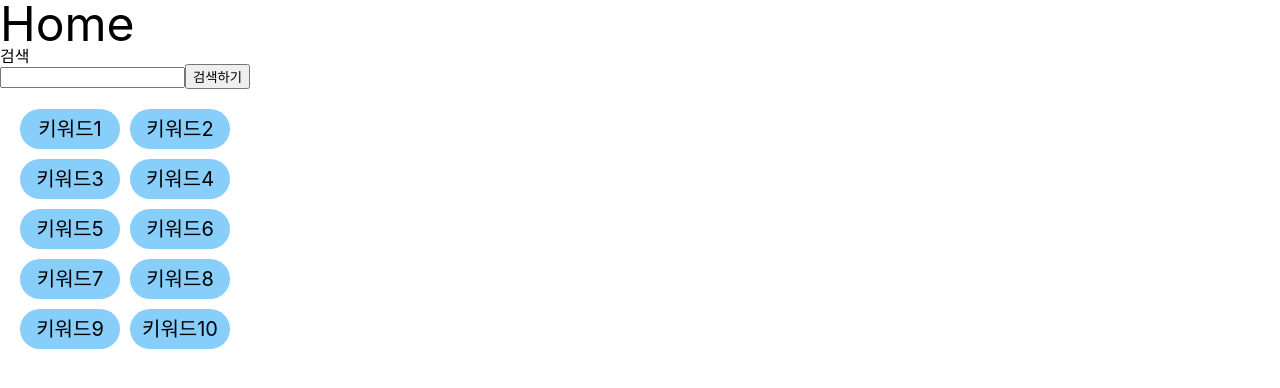
Repository: sunoo-lee/Star-Explore
Page: /
These files come from the project's save history. The page is drawn as it stood at one moment and after the next save; the edit follows.
The browser window is 1280 px wide. The pictures show the whole page.
The project was rebuilt for these pictures with package versions that can differ from the ones it lists, and the page was loaded fresh each time.

Above is the page before, as saved 2022-10-14 03:38:47.

### src/index.js
import React from "react";
import ReactDOM from "react-dom/client";
import "./reset.css";
import "./Style.css";
import App from "./components/App";
// import reportWebVitals from "./reportWebVitals";

const root = ReactDOM.createRoot(document.getElementById("root"));
root.render(
  <React.StrictMode>
    <App />
  </React.StrictMode>
);

// reportWebVitals();

### src/Style.css
body {
  margin: 0;
  font-family: -apple-system, BlinkMacSystemFont, "Segoe UI", "Roboto", "Oxygen",
    "Ubuntu", "Cantarell", "Fira Sans", "Droid Sans", "Helvetica Neue",
    sans-serif;
  -webkit-font-smoothing: antialiased;
  -moz-osx-font-smoothing: grayscale;
}

code {
  font-family: source-code-pro, Menlo, Monaco, Consolas, "Courier New",
    monospace;
}

h1 {
  font-size: 3rem;
}
.keyword {
  padding: 20px;
}
.keyword ul {
  display: grid;
  grid-template-columns: 100px 100px;
  gap: 10px;
}
.keyword ul li {
  cursor: pointer;
}
.keyword ul li span {
  display: inline-block;
  font-size: 20px;
  width: 100px;
  height: 40px;
  line-height: 40px;
  text-align: center;
  background-color: lightskyblue;
  /* border: 1px solid #333333; */
  border-radius: 25px;
}

.off {
  background-color: steelblue;
}

### src/components/App.js
import AppRouter from "./Router";

function App() {
  return (
    <>
      <AppRouter />
    </>
  );
}

export default App;

### src/components/Router.js
import { HashRouter as Router, Route, Routes } from "react-router-dom";
import Home from "../routes/Home";

const AppRouter = () => {
  return (
    <Router>
      <Routes>
        <Route exact path="/" element={<Home />} />
      </Routes>
    </Router>
  );
};

export default AppRouter;

### src/routes/Home.js
import React from "react";

const Home = () => {
  const onClick = (event) => {
    const keyword_btn = event.target;
    keyword_btn.className === "off"
      ? (keyword_btn.className = "on")
      : (keyword_btn.className = "off");
    console.log(keyword_btn);
  };
  return (
    <div>
      <h1>Home</h1>
      <div className="nav">
        <form>
          <div>검색</div>
          <input type="text" />
          <button>검색하기</button>
        </form>
        <div className="keyword">
          <ul>
            <li>
              <span className="off" onClick={onClick}>
                키워드1
              </span>
            </li>
            <li>
              <span className="off" onClick={onClick}>
                키워드2
              </span>
            </li>
            <li>
              <span className="off" onClick={onClick}>
                키워드3
              </span>
            </li>
            <li>
              <span className="off" onClick={onClick}>
                키워드4
              </span>
            </li>
            <li>
              <span className="off" onClick={onClick}>
                키워드5
              </span>
            </li>
            <li>
              <span className="off" onClick={onClick}>
                키워드6
              </span>
            </li>
            <li>
              <span className="off" onClick={onClick}>
                키워드7
              </span>
            </li>
            <li>
              <span className="off" onClick={onClick}>
                키워드8
              </span>
            </li>
            <li>
              <span className="off" onClick={onClick}>
                키워드9
              </span>
            </li>
            <li>
              <span className="off" onClick={onClick}>
                키워드10
              </span>
            </li>
          </ul>
        </div>
      </div>
    </div>
  );
};

export default Home;

Loaded but not shown: public/index.html (common file); src/reset.css (common file)

After the next save:
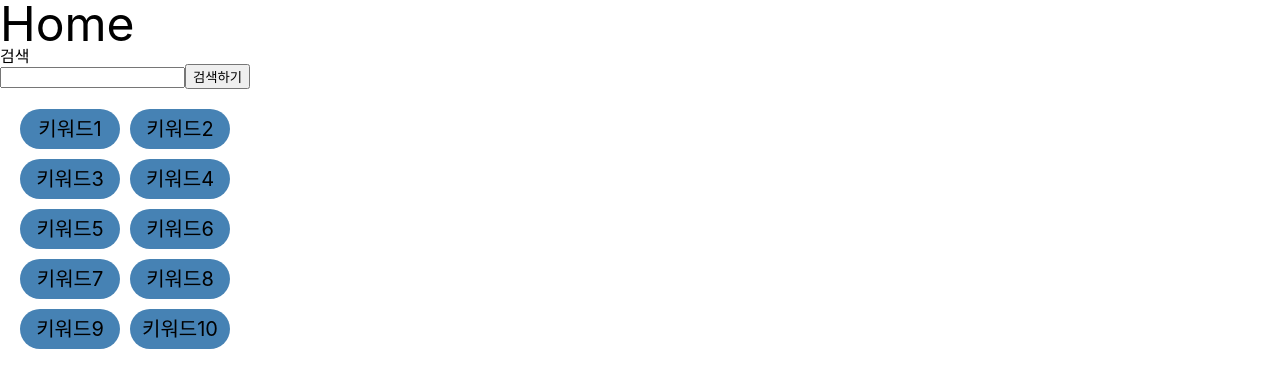
Saved 32 s later.
--- a/src/Style.css
+++ b/src/Style.css
@@ -34,10 +34,9 @@ h1 {
   line-height: 40px;
   text-align: center;
   background-color: lightskyblue;
-  /* border: 1px solid #333333; */
   border-radius: 25px;
 }
 
-.off {
+.keyword ul li .off {
   background-color: steelblue;
 }
